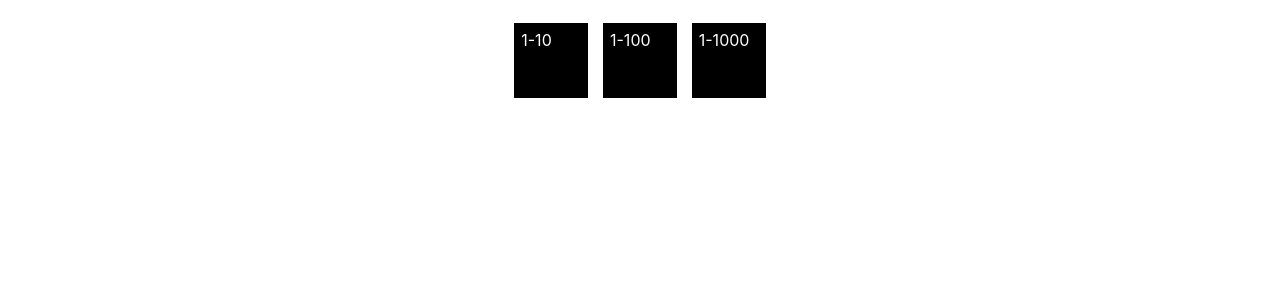
Repository: michalgornicki/number-generator
Page: /
The author's editor kept a copy of each file at every save. The page is drawn from the files as they stood at one save, then again after a run of saves.
The browser window is 1280 px wide. The pictures show the whole page.
The project was rebuilt for these pictures with package versions that can differ from the ones it lists, and the page was loaded fresh each time.

Above is the page before, as saved 2021-12-03 13:38:53.

### src/App.jsx
import React, { useState } from "react";
import "./App.css";

function App() {
  const [state, setState] = useState([]);

  return (
    <p>
      <div className="button-container">
      <div
        className="button"
        onClick={() => setState([...state, Math.floor(Math.random() * 10)])}
      >1-10</div>
      <div
        className="button"
        onClick={() => setState([...state, Math.floor(Math.random() * 100)])}
      >1-100</div>
      <div
        className="button"
        onClick={() => setState([...state, Math.floor(Math.random() * 1000)])}
      >1-1000</div>
      </div>
      <div className="map">
        {state.map((item) => {
          return <div className="map-item">{item}</div>;
        })}
      </div>
    </p>
  );
}

export default App;

### src/App.css
.button-container{
    display: block;
    margin:auto;
    display: flex;
    justify-content: center;
}

.button{
    width: 60px;
    height: 60px;
    background-color: black;
    color: white;
    padding: 1vmin;
    margin: 1vmin;
}

.map{
    display: flex;
    flex-wrap: wrap;
    margin: auto;
    text-align: center;
    width: fit-content;
    width: 80%;
}

.map-item{
    padding: 2vmin;
    font-size: 5vmin;
}

Loaded but not shown: public/index.html (common file); src/index.js (common file); src/index.css (common file); src/reportWebVitals.js (common file)

After the next 2 saves:
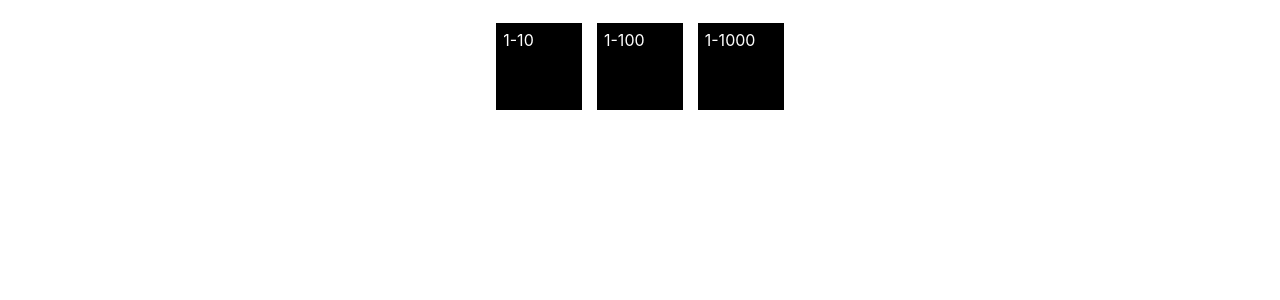
The 2 saves are shown as one change because they came seconds apart.
The last was saved 10 s later.
--- a/src/App.css
+++ b/src/App.css
@@ -6,8 +6,8 @@
 }
 
 .button{
-    width: 60px;
-    height: 60px;
+    width: 10vmin;
+    height: 10vmin;
     background-color: black;
     color: white;
     padding: 1vmin;
